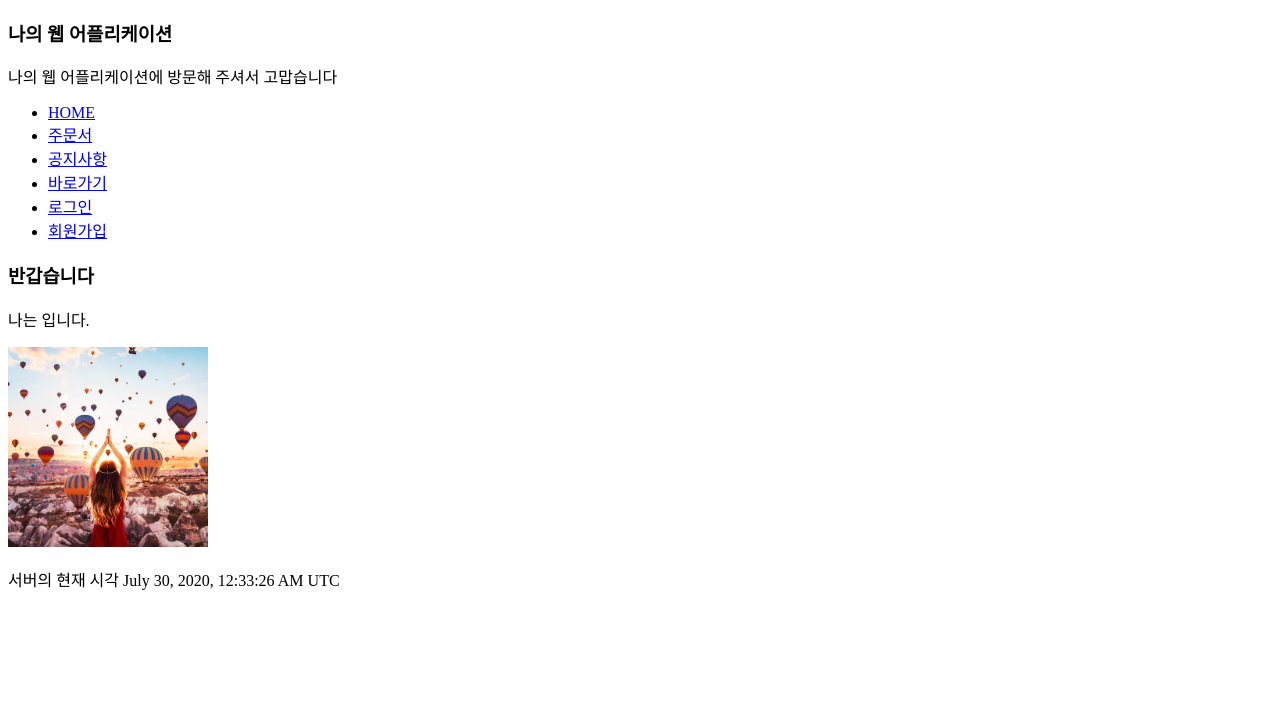
Repository: haetsalshin/Biz_506_2020_07_SpringMVC
Page: http://localhost/SpMVC_001_Order/
An editor plug-in stored every save of this project. The page is shown before and after the next save, followed by the edit.
The browser window is 1280 px wide. The pictures show the whole page.
The page is served by Tomcat 9. The template is opened directly, without the code that normally fills it, so the values that code supplies are empty.

Above is the page before, as saved 2020-07-30 01:49:56.

After the next save:
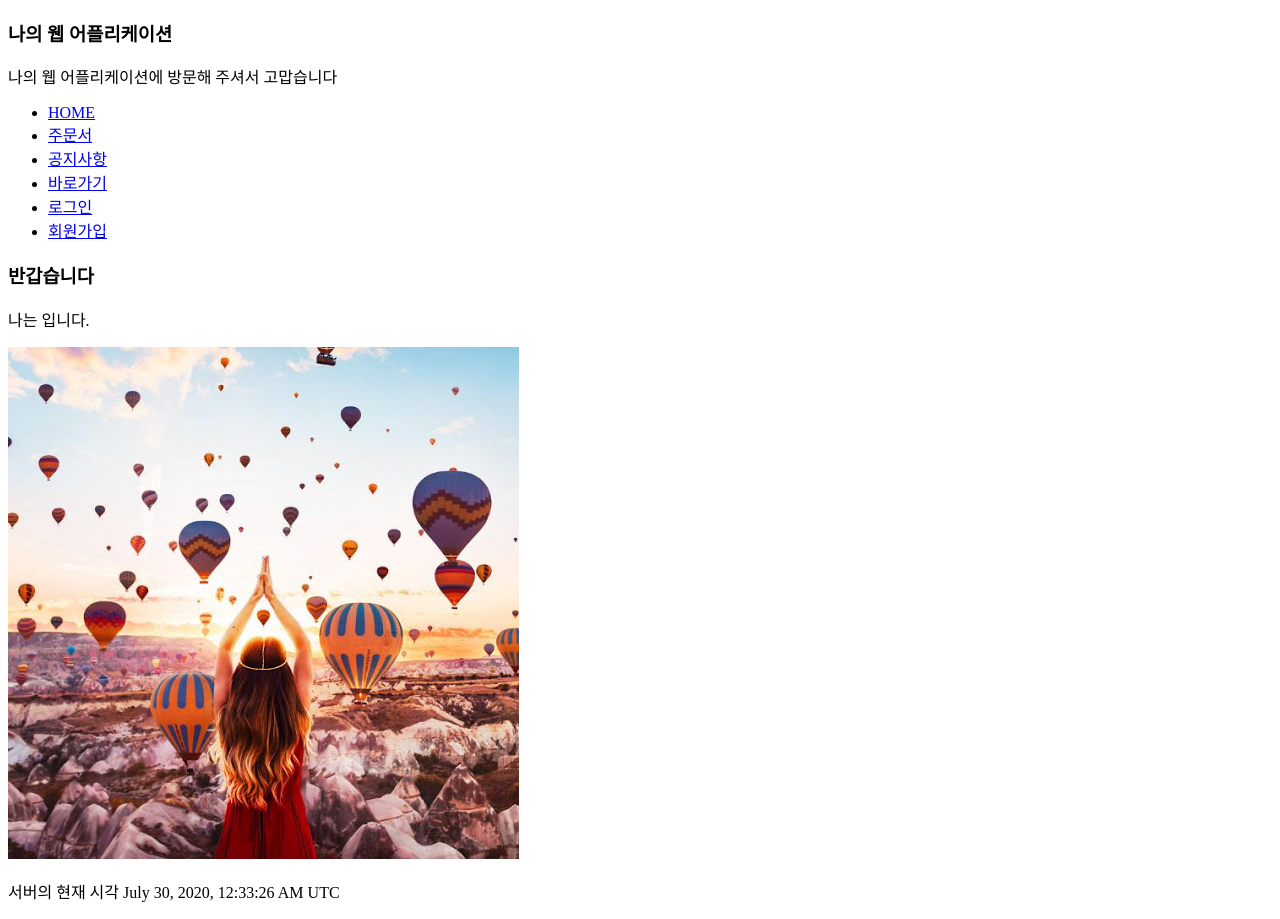
Saved 26 s later.
--- a/SpMVC_001_Order/src/main/webapp/WEB-INF/views/home.jsp
+++ b/SpMVC_001_Order/src/main/webapp/WEB-INF/views/home.jsp
@@ -19,7 +19,7 @@
 
 	</section>
 	<section>
-		<img src ="resources/images/turkey.jpg" alt ="터키 사진" width ="200px">
+		<img src ="resources/images/turkey.jpg" alt ="터키 사진" >
 
 
 	</section>
